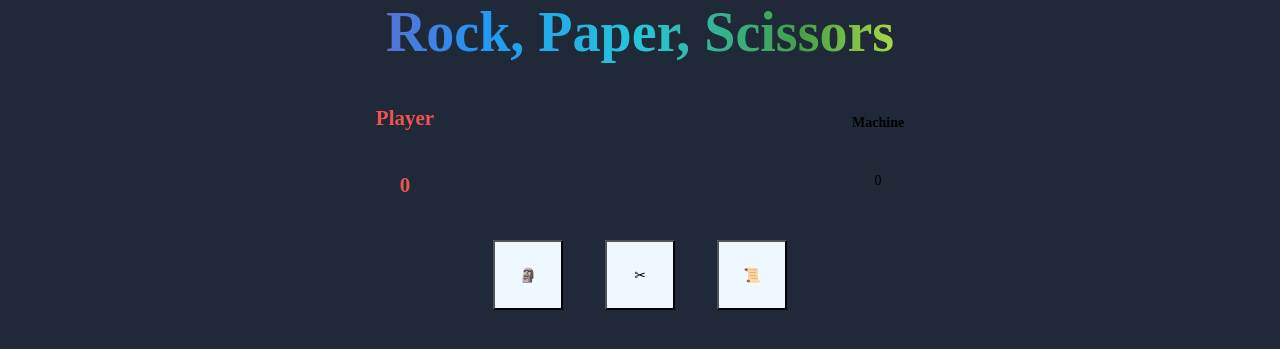
Repository: dung8466/RPS
Page: index.html
The author's editor kept a copy of each file at every save. The page is drawn from the files as they stood at one save, then again after the next save.
The browser window is 1280 px wide. The pictures show the whole page.

Above is the page before, as saved 2022-07-01 20:19:54.

After the next save:
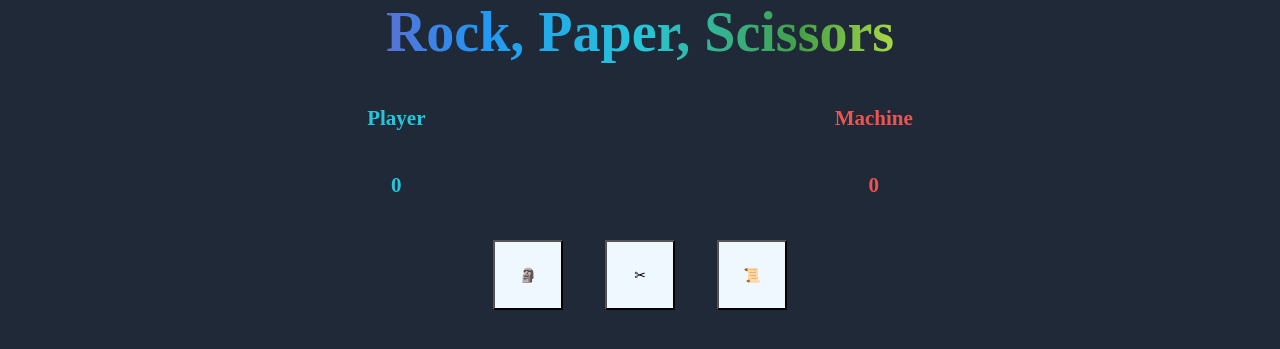
Saved 13 s later.
--- a/style.css
+++ b/style.css
@@ -44,7 +44,7 @@
     font-weight: bold;
     color: #26c6da;
 }
-.score .player-score p, .score .player-score h2{
+.score .machine-score p, .score .machine-score h2{
     font-size: 1.5em;
     font-weight: bold;
     color: #ef5350;
